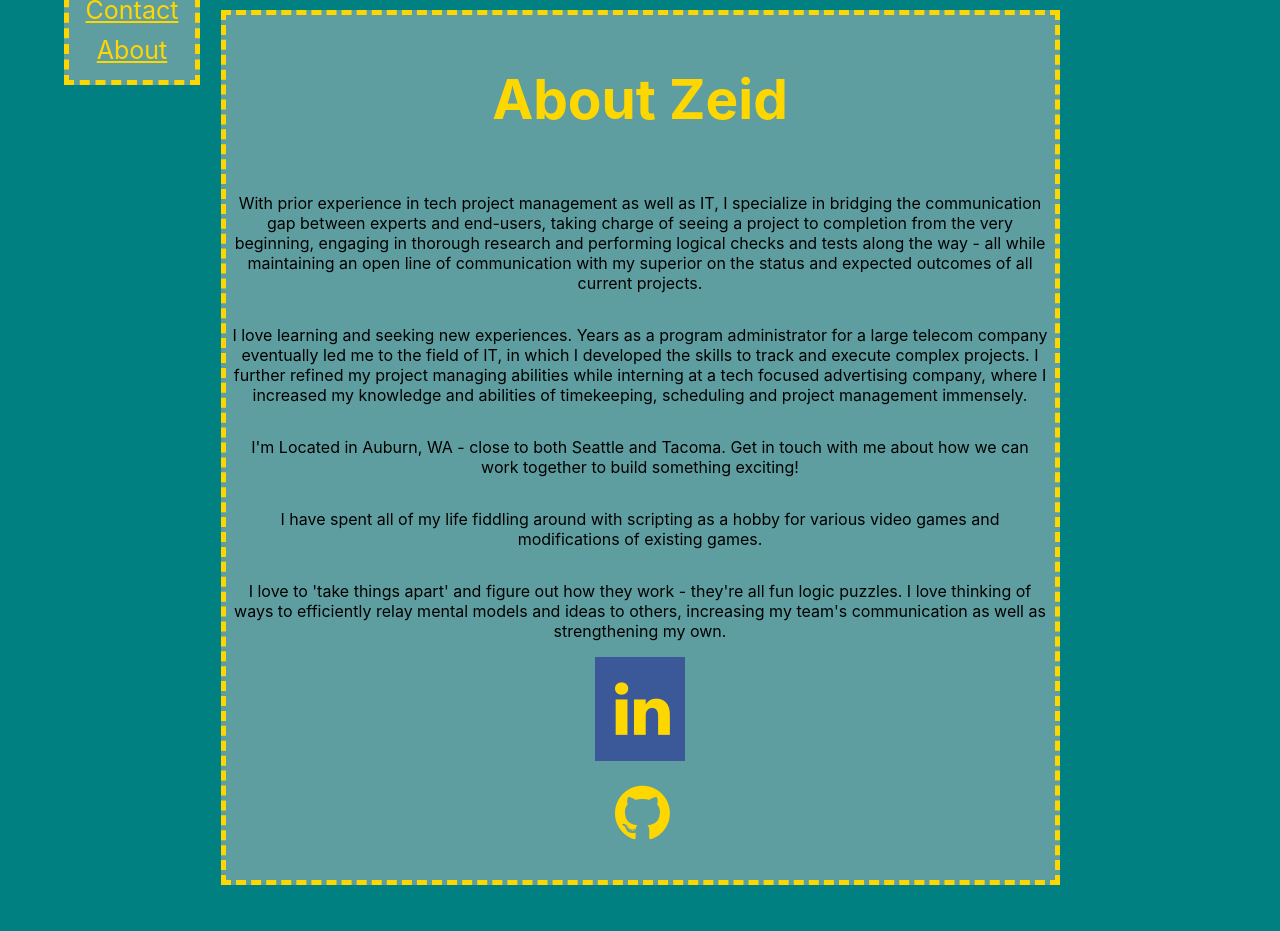
Repository: zeidalidiez/portfolioreact
Page: /About
These files come from the project's save history. The page is drawn as it stood at one moment and after the next save; the edit follows.
The browser window is 1280 px wide. The pictures show the whole page.
The project was rebuilt for these pictures with package versions that can differ from the ones it lists, and the page was loaded fresh each time. Also part of the build but not shown: src/components/Thumbnail.js, src/components/Projects.js, src/components/Contact.js.

Above is the page before, as saved 2021-02-08 18:57:12.

After the next save:
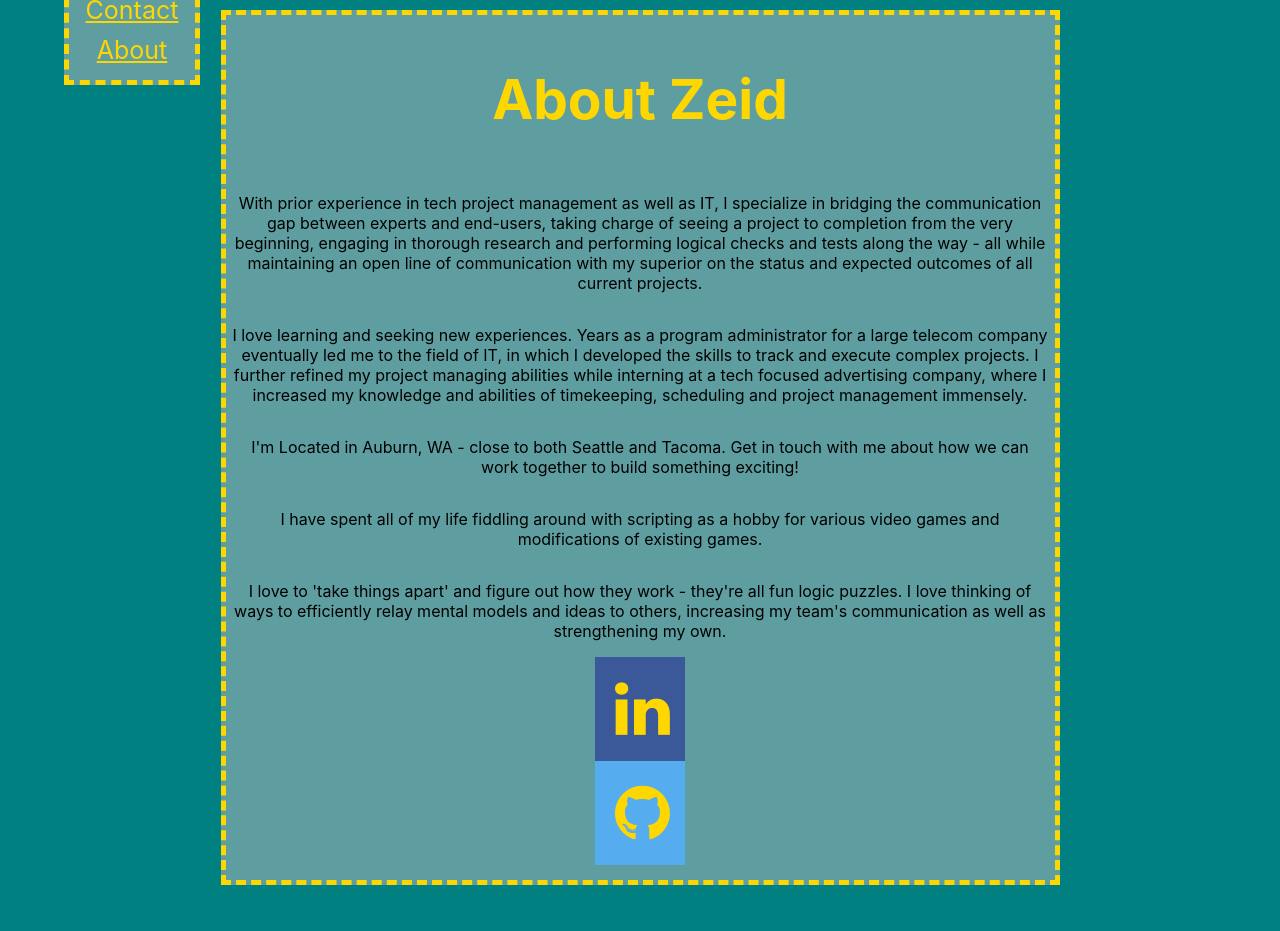
Saved 15 s later.
--- a/src/components/App.css
+++ b/src/components/App.css
@@ -152,8 +152,8 @@ form {
   color: white;
 }
 
-/* Twitter */
-.fa-twitter {
+/* github */
+.fa-github {
   background: #55ACEE;
   color: white;
 }
